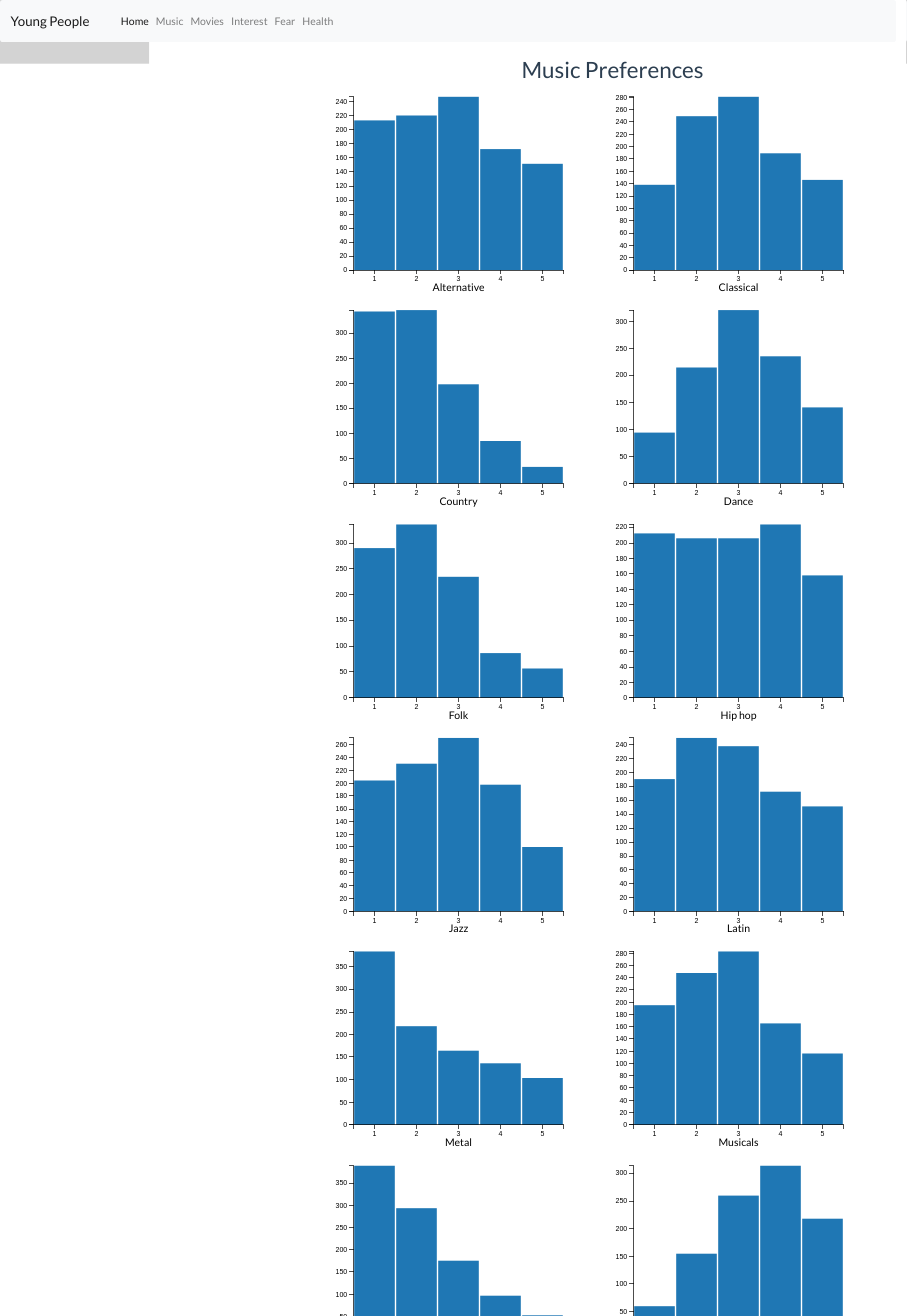
Repository: BrendanMolloy/milestone2
Page: index.html
The author's editor kept a record of every edit. The page is drawn from the files as they stood at one moment, then again after the next edit.
The browser window is 1280 px wide. The page is 1295 px wide, so the pictures cover 1295 px, including what lies to the right of the window. The pictures show the part of the page from y = 0 to 1880 px (the page is 2572 px tall), at 70% of full size.

Above is the page before.

### index.html
<!DOCTYPE html>
<html lang="en">

<head>
  <meta charset="UTF-8">
  <meta name="viewport" content="width=device-width, initial-scale=1.0">
  <meta http-equiv="X-UA-Compatible" content="ie=edge">
  <title>Young People</title>

  <link rel="stylesheet" href="https://maxcdn.bootstrapcdn.com/bootstrap/4.0.0/css/bootstrap.min.css" integrity="sha384-Gn5384xqQ1aoWXA+058RXPxPg6fy4IWvTNh0E263XmFcJlSAwiGgFAW/dAiS6JXm" crossorigin="anonymous">

  <link rel="stylesheet" href="css/bootstrap.min.css" type="text/css" />
  <link rel="stylesheet" href="css/dc.min.css" type="text/css" />
  <link rel="stylesheet" href="css/style.css" type="text/css" />

  <script type="text/javascript" src="js/d3.min.js"></script>
  <script type="text/javascript" src="js/crossfilter.min.js"></script>
  <script type="text/javascript" src="js/dc.min.js"></script>
  <script type="text/javascript" src="js/queue.min.js"></script>
  <script type="text/javascript" src="js/graph.js"></script>
</head>

<body>
  <!------------------------------- Navbar -------------------------------------->

  <nav class="navbar navbar-expand-lg navbar-light bg-light">
    <a class="navbar-brand" href="#">Young People</a>
    <button class="navbar-toggler" type="button" data-toggle="collapse" data-target="#navbarNav" aria-controls="navbarNav" aria-expanded="false" aria-label="Toggle navigation">
    <span class="navbar-toggler-icon"></span>
  </button>
    <div class="collapse navbar-collapse" id="navbarNav">
      <ul class="navbar-nav">
        <li class="nav-item active">
          <a class="nav-link" href="#">Home <span class="sr-only">(current)</span></a>
        </li>
        <li class="nav-item">
          <a class="nav-link" href="#">Music</a>
        </li>
        <li class="nav-item">
          <a class="nav-link" href="#">Movies</a>
        </li>
        <li class="nav-item">
          <a class="nav-link" href="#">Interest</a>
        </li>
        <li class="nav-item">
          <a class="nav-link" href="#">Fear</a>
        </li>
        <li class="nav-item">
          <a class="nav-link" href="#">Health</a>
        </li>
      </ul>
    </div>
  </nav>

  <!------------------------------- Sidebar ------------------------------------->
                      <!--  filters/demographics -->
  <div class="sidenav col-lg-2">
    <div id="gender-balance" class="side-graphs"></div>
    <div id="age"></div>
    <div id="handedness"></div>
    <div id="city-village"></div>
  </div>



  <!-- music -->
  <section class="section main">
    <h2>Music Preferences</h2>
    <div class="row">
      <div id="music-enjoyment" class="col-sm-12 col-m-12 col-lg-12"></div>
    </div>
    <div class="row">
      <div id="alternative"></div>
      <div id="classical"></div>
      <div id="country"></div>
      <div id="dance"></div>
      <div id="folk"></div>
      <div id="hiphop"></div>
      <div id="jazz"></div>
      <div id="latin"></div>
      <div id="metal"></div>
      <div id="musicals"></div>
      <div id="opera"></div>
      <div id="pop"></div>
      <div id="punk"></div>
      <div id="reggae"></div>
      <div id="rock"></div>
      <div id="techno"></div>
    </div>
  </section>

  <!-- movies -->

  <!-- interests -->

  <!-- fears -->

  <!-- health -->

  <!-- spending -->

</body>

</html>

### css/style.css
.section {
	text-align: center;
	border-bottom: 1px solid #e6e6e6;
	padding: 0px;
}

.row {
	text-align: center;
}

.navbar {
	width: 100vw;
	position: fixed;
	z-index: 2;
	padding: 0;
}

.sidenav {
  /*height: 100%;  Full-height: remove this if you want "auto" height */
  width: 450px; /* Set the width of the sidebar */
  position: fixed; /* Fixed Sidebar (stay in place on scroll) */
  z-index: 1; /* Stay on top */
  top: 0; /* Stay at the top */
  left: 0;
  background-color: #D3D3D3; /* Light Grey */
  overflow-x: hidden; /* Disable horizontal scroll */
  padding-top: 70px;
}

.main {
  margin-left: 470px; /* Same as the width of the sidebar */
  padding: 0;
  padding-top: 60px;
}

### js/graph.js
/* global queue */
/* global d3 */
/* global crossfilter */
/* global dc */

queue()
    .defer(d3.csv, "data/young-people.csv")
    .await(makeGraphs);

function makeGraphs(error, ypData){
    var ndx = crossfilter(ypData);

    // demographics //
    show_gender_balance(ndx);
    show_age_range(ndx);
    show_handedness(ndx);
    show_city_village(ndx);

    // music //
    /*show_music_enjoyment(ndx);*/
    show_bar_chart(ndx, 'Alternative', "#alternative", "Alternative");
    show_bar_chart(ndx, 'Classical music', "#classical", "Classical");
    show_bar_chart(ndx, 'Country', "#country", "Country");
    show_bar_chart(ndx, 'Dance', "#dance", "Dance");
    show_bar_chart(ndx, 'Folk', "#folk", "Folk");
    show_bar_chart(ndx, 'Hiphop, Rap', "#hiphop", "Hip hop");
    show_bar_chart(ndx, 'Swing, Jazz', "#jazz", "Jazz");
    show_bar_chart(ndx, 'Latino', "#latin", "Latin");
    show_bar_chart(ndx, 'Metal or Hardrock', "#metal", "Metal");
    show_bar_chart(ndx, 'Musical', "#musicals", "Musicals");
    show_bar_chart(ndx, 'Opera', "#opera", "Opera");
    show_bar_chart(ndx, 'Pop', "#pop", "Pop");
    show_bar_chart(ndx, 'Punk', "#punk", "Punk");
    show_bar_chart(ndx, 'Reggae, Ska', "#reggae", "Reggae");
    show_rock(ndx, 'Rock', "#rock", "Rock");
    show_techno(ndx);

    // music //
    /*show_movie_enjoyment(ndx);
    show_action(ndx);
    show_cartoon(ndx);
    show_comedy(ndx);
    show_documentary(ndx);
    show_fantasy(ndx);
    show_horror(ndx);
    show_romatic(ndx);
    show_scifi(ndx);
    show_thriller(ndx);
    show_war(ndx);
    show_western(ndx); */

    dc.renderAll();
}

function remove_empty_bins(source_group) { //eliminates empty or null values from the dataset, so graphs can render unimpeded//
    return {
        all:function () {
            return source_group.all().filter(function(d) {
                //return Math.abs(d.value) > 0.00001; // if using floating-point numbers
                return d.key !== ""; // if integers only
            });
        }
    };
}

    var w = 400; //adjust graph dimensions
    var h = 300;

//---------------------- Demographics Graphs ---------------------------------//

function show_gender_balance(ndx){
    var dim = ndx.dimension(dc.pluck('Gender'));
    var group = dim.group();
    var filtered_group = remove_empty_bins(group)

    dc.pieChart("#gender-balance")
        .useViewBoxResizing(true)
        .externalRadiusPadding(10)
        .innerRadius(0)
        .dimension(dim)
        .group(filtered_group)
        .legend(dc.legend())
        .on('pretransition', function(chart) {
        chart.selectAll('text.pie-slice').text(function(d) {
            return d.data.key + ' ' + dc.utils.printSingleValue((d.endAngle - d.startAngle) / (2*Math.PI) * 100) + '%';
        })
    })
}

function show_age_range(ndx){
    var dim = ndx.dimension(dc.pluck('Age'));
    var group = dim.group();
    var filtered_group = remove_empty_bins(group)

    dc.barChart("#age")
        .useViewBoxResizing(true)
        .dimension(dim)
        .group(filtered_group)
        .transitionDuration(500)
        .x(d3.scale.ordinal())
        .xUnits(dc.units.ordinal)
        .elasticY(true)
        .xAxisLabel("Age")
        .yAxis().ticks(10);
}

/*function show_age_range(ndx){ //displays age distribution in pie chart form
    var dim = ndx.dimension(dc.pluck('Age'));
    var group = dim.group();
    var filtered_group = remove_empty_bins(group)

    dc.pieChart("#age")
        .useViewBoxResizing(true)
        .externalRadiusPadding(10)
        .innerRadius(0)
        .dimension(dim)
        .group(filtered_group)
        .legend(dc.legend())
        .on('pretransition', function(chart) {
        chart.selectAll('text.pie-slice').text(function(d) {
            return d.data.key + ' ' + dc.utils.printSingleValue((d.endAngle - d.startAngle) / (2*Math.PI) * 100) + '%';
        })
    })
} */

function show_handedness(ndx){
    var dim = ndx.dimension(dc.pluck('Left - right handed'));
    var group = dim.group();
    var filtered_group = remove_empty_bins(group)

    dc.pieChart("#handedness")
        .useViewBoxResizing(true)
        .externalRadiusPadding(10)
        .innerRadius(0)
        .dimension(dim)
        .group(filtered_group)
        .legend(dc.legend())
        .on('pretransition', function(chart) {
        chart.selectAll('text.pie-slice').text(function(d) {
            return d.data.key + ' ' + dc.utils.printSingleValue((d.endAngle - d.startAngle) / (2*Math.PI) * 100) + '%';
        })
    })
}

function show_city_village(ndx){
    var dim = ndx.dimension(dc.pluck('Village - town'));
    var group = dim.group();
    var filtered_group = remove_empty_bins(group)

    dc.pieChart("#city-village")
        .useViewBoxResizing(true)
        .externalRadiusPadding(10)
        .innerRadius(0)
        .dimension(dim)
        .group(filtered_group)
        .legend(dc.legend())
        .on('pretransition', function(chart) {
        chart.selectAll('text.pie-slice').text(function(d) {
            return d.data.key + ' ' + dc.utils.printSingleValue((d.endAngle - d.startAngle) / (2*Math.PI) * 100) + '%';
        })
    })
}

//---------------------------- Music Graphs ----------------------------------//

function show_music_enjoyment(ndx){
    var dim = ndx.dimension(dc.pluck('Music'));
    var group = dim.group();
    var filtered_group = remove_empty_bins(group)

    dc.barChart("#music-enjoyment")
        .width(400)
        .height(300)
        .margins({top:10, right:50, bottom:30, left:50})
        .dimension(dim)
        .group(filtered_group)
        .transitionDuration(500)
        .x(d3.scale.ordinal())
        .xUnits(dc.units.ordinal)
        .elasticY(true)
        .xAxisLabel("I enjoy listening to music")
        .yAxis().ticks(10);
}

function show_bar_chart(ndx, dimensionLabel, id, xlabel){
    var dim = ndx.dimension(dc.pluck(dimensionLabel));
    var group = dim.group();
    var filtered_group = remove_empty_bins(group)

    dc.barChart(id)
        .width(w)
        .height(h)
        .margins({top:10, right:50, bottom:30, left:50})
        .dimension(dim)
        .group(filtered_group)
        .transitionDuration(500)
        .x(d3.scale.ordinal())
        .xUnits(dc.units.ordinal)
        .elasticY(true)
        .xAxisLabel(xlabel)
        .yAxis().ticks(10);
}

function show_rock(ndx){
    var dim = ndx.dimension(dc.pluck('Rock'));
    var group = dim.group();
    var filtered_group = remove_empty_bins(group)

    dc.barChart("#rock")
        .width(w)
        .height(h)
        .margins({top:10, right:50, bottom:30, left:50})
        .dimension(dim)
        .group(filtered_group)
        .transitionDuration(500)
        .x(d3.scale.ordinal())
        .xUnits(dc.units.ordinal)
        .elasticY(true)
        .xAxisLabel("Rock")
        .yAxis().ticks(10);
}

function show_techno(ndx){
    var dim = ndx.dimension(dc.pluck('Techno, Trance'));
    var group = dim.group();
    var filtered_group = remove_empty_bins(group)

    dc.barChart("#techno")
        .width(w)
        .height(h)
        .margins({top:10, right:50, bottom:30, left:50})
        .dimension(dim)
        .group(filtered_group)
        .transitionDuration(500)
        .x(d3.scale.ordinal())
        .xUnits(dc.units.ordinal)
        .elasticY(true)
        .xAxisLabel("Techno")
        .yAxis().ticks(10);
}

//---------------------------- Movie Graphs ----------------------------------//

Loaded but not shown: css/bootstrap.min.css (library); css/dc.min.css (library); js/d3.min.js (library); js/crossfilter.min.js (library); js/dc.min.js (library); js/queue.min.js (common file)

After the next edit:
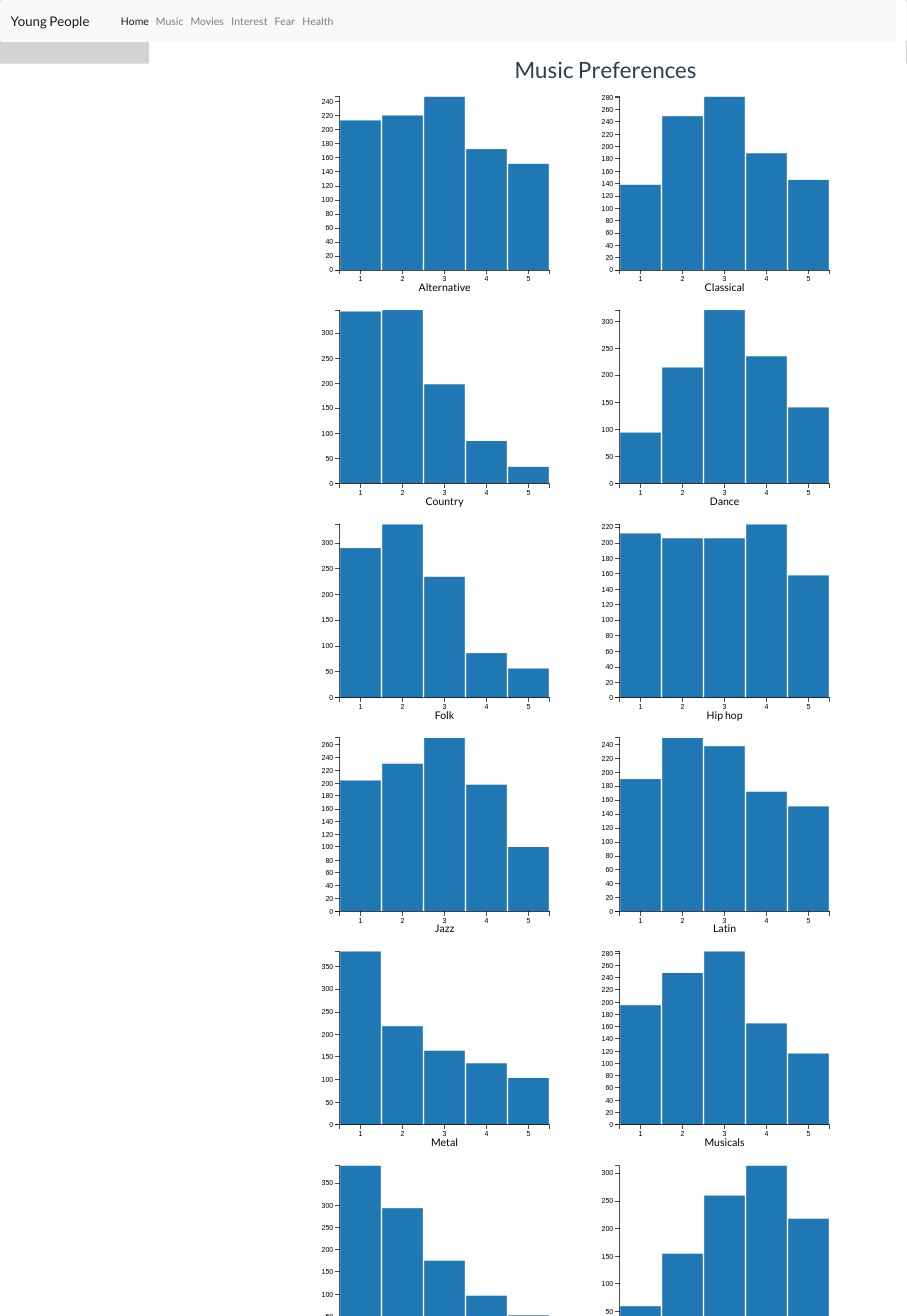
The edit:
--- a/css/style.css
+++ b/css/style.css
@@ -28,7 +28,7 @@
 }
 
 .main {
-  margin-left: 470px; /* Same as the width of the sidebar */
+  margin-left: 450px;  Same as the width of the sidebar */
   padding: 0;
   padding-top: 60px;
 }
